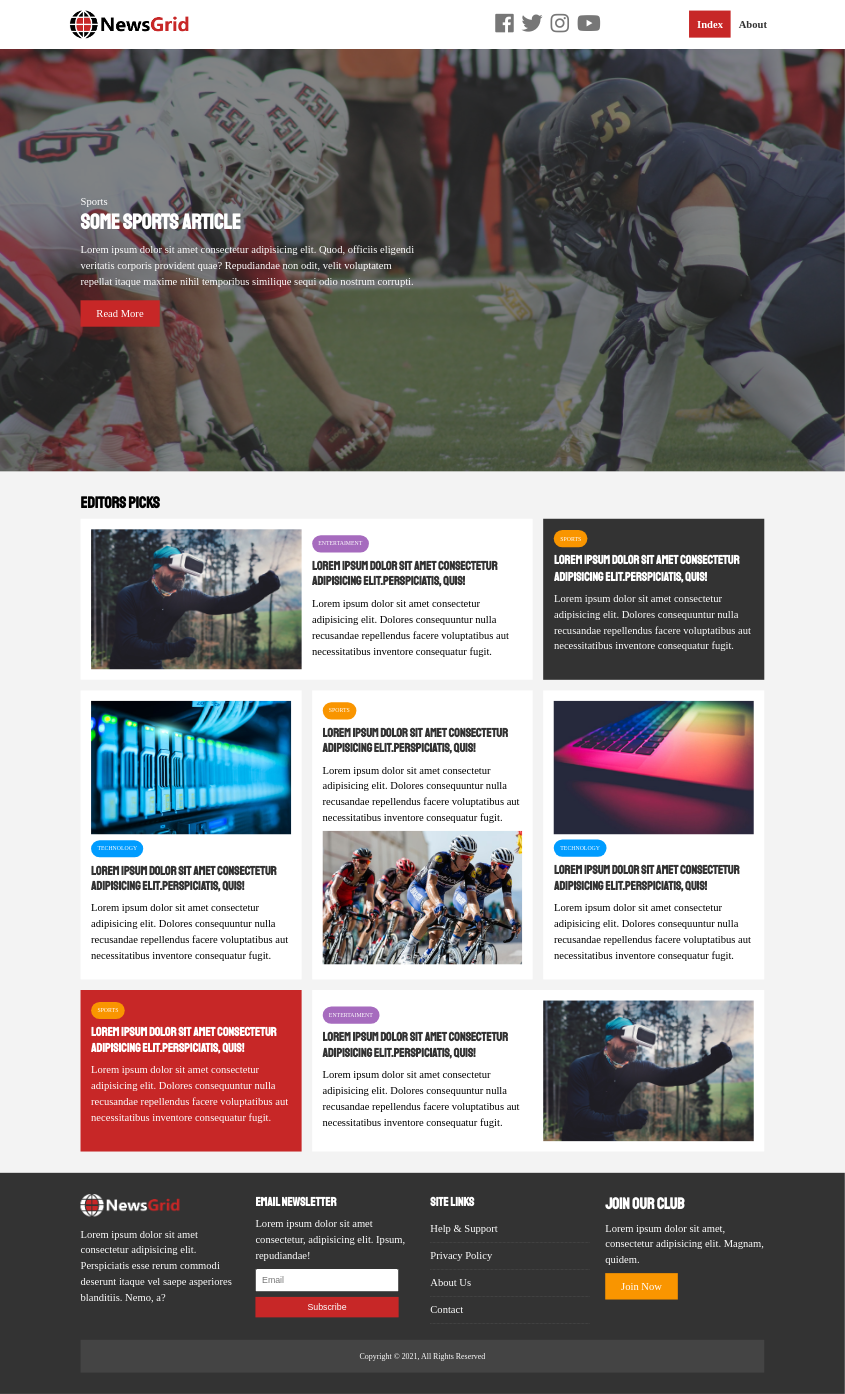
Repository: minhtien9/newsgrid
Page: about.html
The author's editor kept a copy of each file at every save. The page is drawn from the files as they stood at one save, then again after the next save.
The browser window is 1280 px wide. The pictures show the whole page, at 66% of full size.
Some web libraries are served in a nearby version.

Above is the page before, as saved 2021-08-26 11:13:28.

After the next save:
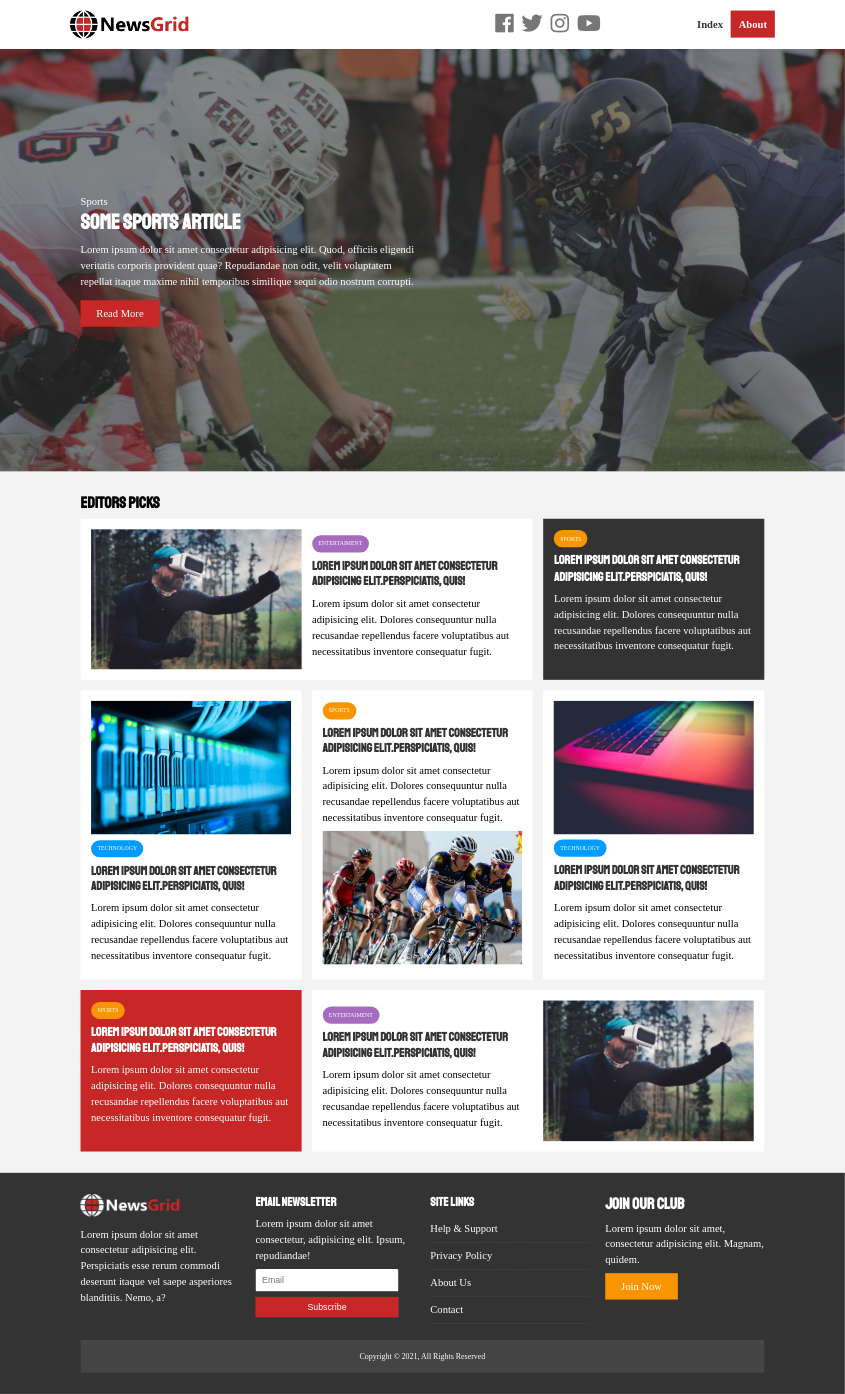
Saved 24 s later.
--- a/about.html
+++ b/about.html
@@ -43,8 +43,8 @@
           ></a>
         </div>
         <ul>
-          <li><a class="current" href="index.html">Index</a></li>
-          <li><a href="about.html">About</a></li>
+          <li><a href="index.html">Index</a></li>
+          <li><a class="current" href="about.html">About</a></li>
         </ul>
       </div>
     </nav>
